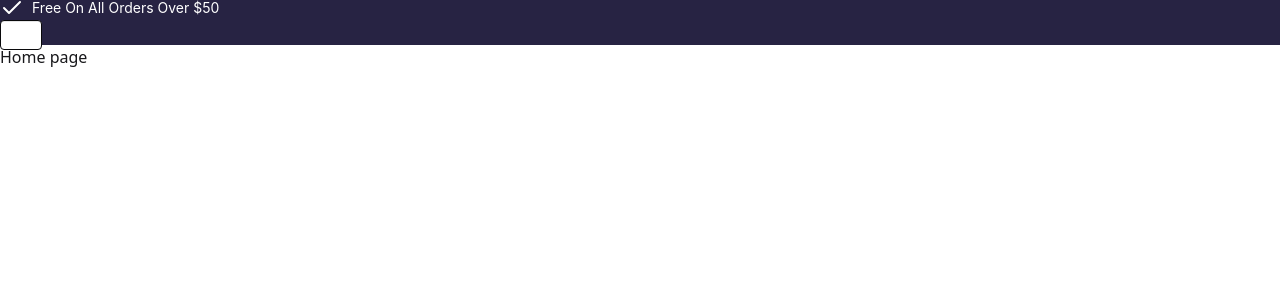
Repository: Neda0o0/store-template-website
Page: /
The author's editor kept a copy of each file at every save. The page is drawn from the files as they stood at one save, then again after the next save.
The browser window is 1280 px wide. The pictures show the whole page.
The project was rebuilt for these pictures with package versions that can differ from the ones it lists, and the page was loaded fresh each time. Also part of the build but not shown: vite.config.js, src/Pages/Auth/Auth.jsx, src/Pages/Auth/Login/Login.jsx, src/Pages/Auth/Register/Register.jsx, src/Pages/Error/Error.jsx, src/AuthCheck/AuthCheck.jsx.

Above is the page before, as saved 2025-10-20 17:10:49.

After the next save:
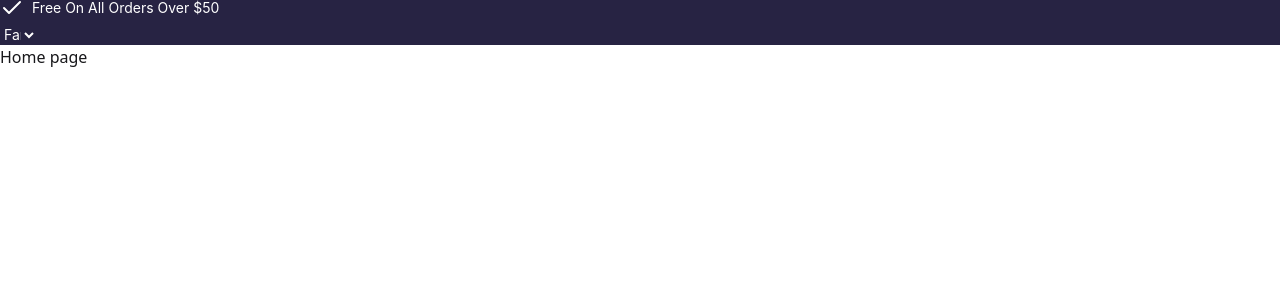
Saved 72 s later.
--- a/src/components/Navbar/Navbar.jsx
+++ b/src/components/Navbar/Navbar.jsx
@@ -13,7 +13,7 @@ const Navbar = () => {
           <div className="navbar_top_right">
             <select
               defaultValue="Server location"
-              className="select select-neutral bg-none h-[30px] w-[37px] text-sm font-inter font-normal capitalize text-white"
+              className=" bg-none h-[30px] w-[37px] text-sm font-inter font-normal capitalize text-white"
             >
               <option disabled={true}>eng</option>
               <option>Farsi</option>
